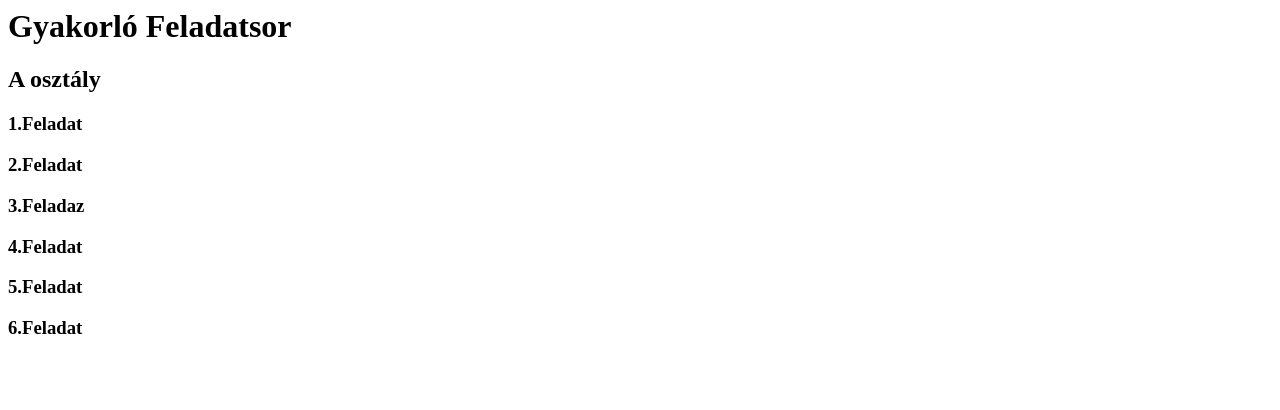
Repository: doomhyena/htdocs
Page: http://localhost/00.Home/4. Gyakorló feladatsor A osztály.php
An editor plug-in stored every save of this project. The page is shown before and after the next save, followed by the edit.
The browser window is 1280 px wide. The pictures show the whole page.
The page is run by PHP 8.4 with error messages shown; the project is at /var/www/html/.

Above is the page before, as saved 2024-09-25 12:13:49.

### 00.Home/4. Gyakorló feladatsor A osztály.php
<?php

echo "<h1>Gyakorló Feladatsor</h1>";
echo "<h2>A osztály</h2>";

/*

1. Feladat
Írd ki a nevedet az oldalra.

*/
echo "<h3>1.Feladat</h3>";



echo "<h3>2.Feladat</h3>";



echo "<h3>3.Feladaz</h3>";



echo "<h3>4.Feladat</h3>";



echo "<h3>5.Feladat</h3>";



echo "<h3>6.Feladat</h3>";

After the next save:
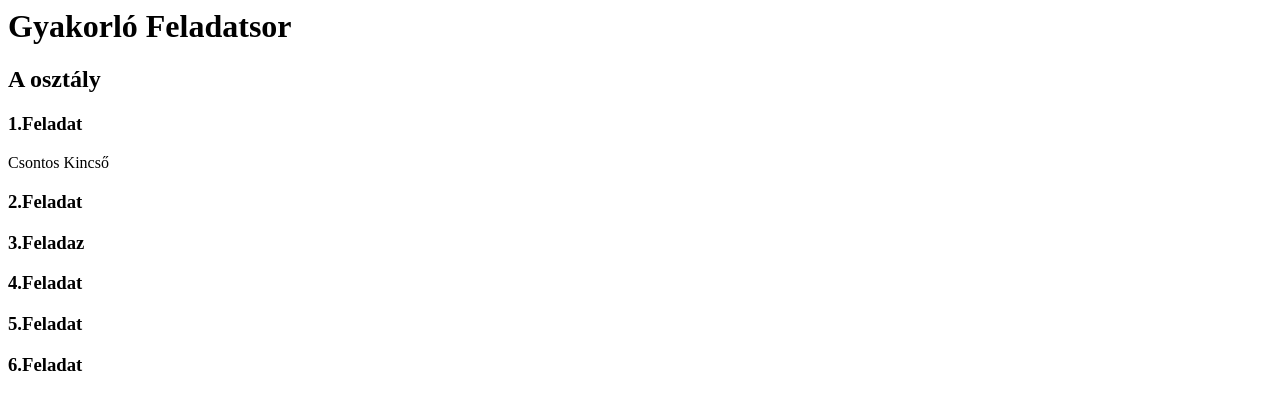
Saved 20 s later.
--- a/00.Home/4. Gyakorló feladatsor A osztály.php
+++ b/00.Home/4. Gyakorló feladatsor A osztály.php
@@ -11,7 +11,7 @@ echo "<h2>A osztály</h2>";
 */
 echo "<h3>1.Feladat</h3>";
 
-
+echo "Csontos Kincső";
 
 echo "<h3>2.Feladat</h3>";
 
